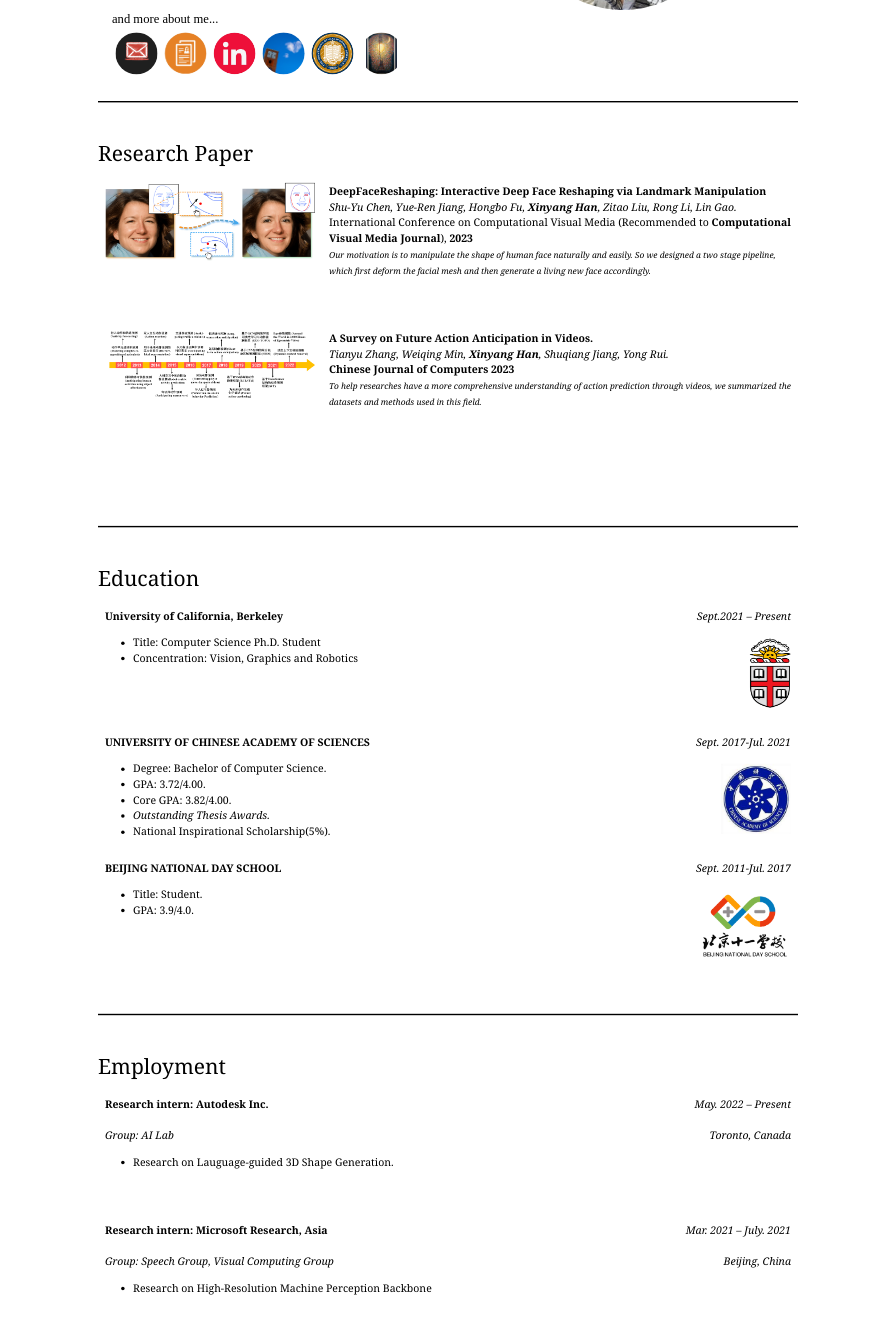
Repository: XinyangHan/XinyangHan.github.io
Page: index.html
The author's editor kept a copy of each file at every save. The page is drawn from the files as they stood at one save, then again after a run of saves.
The browser window is 1280 px wide. The pictures show the part of the page from y = 486 to 2406 px (the page is 3293 px tall), at 70% of full size.

Above is the page before, as saved 2023-02-11 14:21:07.
Console error (its wording comes from the project's code and is left out).

### index.html
<!DOCTYPE html>
<html>

<head>
	<meta charset="utf-8">
	<meta name="keywords" content="Rao FU, Rao FU, Rao Fu Homepage, Rao Fu Webpage, Rao Fu UCAS, Rao Fu Brown">
	<meta name="description" content="Rao FU's homepage">
	<meta name="viewport" content="width=device-width, initial-scale=1">
	<title>Rao FU | Homepage</title>
	<link href="style.css" rel="stylesheet" />
	<style>
	</style>



</head>

<body>
<!-------------------------------------------------- Header -------------------------------------------------->
<div id="header">
	<h1> Xinyang Han </h1>
	<h2>Computer Vision/Computer Graphics/Deep Learning</h2>
</div><!-- Header -->

<!-------------------------------------------------- Navbar -------------------------------------------------->
<div id="nav-wrapper">
<div id="nav">
			<button class="btn active" onclick="window.location.href = './index.html#content_home';">Home</button>
			<button class="btn" onclick="window.location.href = './index.html#content_project';">Research</button>
			<button class="btn" onclick="window.location.href = './index.html#content_exp';">Experience</button>
			<button class="btn" onclick="window.location.href = './resource/My_CV.pdf'; target='_blank'; ">CV</button>
			<button class="btn" onclick="window.location.href = './index.html#c_contact_biography';">Contact</button>
			<!-- <a href="./index.html#content_home" class="active">Home</a>  -->
			<!-- <a href="./index.html#content_project">Research</a> -->
			<!-- <a href="./index.html#content_exp">Experience</a> -->
			<!-- <a href="./resource/MY_CV.pdf">CV</a> -->
			<!-- <a href="./index.html#c_contact_biography">Contact</a> -->
</div> <!-- #nav -->
</div>

<!-------------------------------------------------- Script -------------------------------------------------->
<script>
	// Get the container element
	var btnContainer = document.getElementById("nav");

	// Get all buttons with class="btn" inside the container
	var btns = btnContainer.getElementsByClassName("btn");

	// Loop through the buttons and add the active class to the current/clicked button
	for (var i = 0; i < btns.length; i++) {
	btns[i].addEventListener("click", function() {
		var current = document.getElementsByClassName("active");
		current[0].className = current[0].className.replace(" active", "");
		this.className += " active";
	});
	}
</script>

<!-------------------------------------------------- Content Home-------------------------------------------------->
<div class="content"  id="content_home">

	<div class="c_home_wrapper">
		<div id="c_biography">
			<strong id="c_font1">Hello,</strong><br>
			<span class="c_font2">a bit about me:</span><br>
			<p class="c_font3">
				I am a concurrent student at UC Berkeley, and an undergraduate an UCAS, where I am happy to work with Prof. Lin Gao and Prof. Shuqiang Jiang.
			</p>
			<p class="c_font3">
				My research intereset lies in 3D Generation models and Logical thinking of artificial intelligence.
			</p>
			<p class="c_font3">
				I am passionate about digital art, reading, hiking and making friends.
			</p>
		</div>

		<div id="c_profile">
			<div class="c_thumbnail">
				<img src="img/round_profile.png" id="buttons" alt="profile_button" >
				<div class="overlay">
					<p>
						勿戳！<br>
						Don't poke my cheeks!<br>
						¡no me toques las mejillas! <br>
						मेरे गाल मत दबाओ! <br>
						আমার গালে খোঁচা দিও না! <br>
						não cutuque minhas bochechas! <br>
						не тыкай меня в щеки! <br>
						私の頬をつつかないで！ <br>
						ਮੇਰੀਆਂ ਗੱਲ੍ਹਾਂ ਨੂੰ ਨਾ ਮਾਰੋ! <br>
						唔好戳我嘅脸颊！<br>
						đừng chọc má tôi!<br>
						నా బుగ్గలు కుట్టకు!<br>
						yanaklarımı dürtme!<br>
						내 뺨을 찌르지 마! <br>
						ne touchez pas mes joues!<br>
						stoß mir nicht in die Wangen!<br>
						என் கன்னங்களை குத்தாதே!<br>
						میرے گالوں کو مت مارو!<br>
						ojo nyocot pipiku!<br>
						non toccarmi le guance!<br>
						لا تكز خدي!<br>
					</p>
				</div>
			</div>
		</div>

		<div id="c_info">
			<!-- <strong id="c_font4">And more</strong><br>
			<strong id="c_font4">about me</strong><br> -->
			<span class="c_font2_1"> and more about me... </span><br>
			<!-- CONTENT TODO -->
			<div class="thumbnail">
				<img src="img/email_icon.jpg" id="button0" alt="email_button" >
				<div class="overlay" onclick="window.location.href = 'hanxinyang20a@mails.ucas.ac.cn';" >
					<p>Email to<br>Say Hi</p>
				</div>
			</div> <!-- .thumbnail -->


			<div class="thumbnail">
				<img src="img/cv_icon.jpg" id="button1" alt="cv_button" >
				<div class="overlay"  onclick="window.location.href='./resource/Xinyang_Han_CV.pdf'; " >
					<p>CV/<br>Resume</p>
				</div>
			</div> <!-- .thumbnail -->

			<!-- <div class="thumbnail">
				<img src="img/gs_icon.png" id="button2" alt="google_button" >
				<div class="overlay" onclick="window.location.href = 'https://scholar.google.com/citations?hl=en&user=VWMWQEcAAAAJ';" >
					<p>Google<br>Scholar</p>
				</div>
			</div>  -->

			<div class="thumbnail">
				<img src="img/linkedin_icon.png" id="button3" alt="lkin_icon" >
				<div class="overlay" onclick="window.location.href = 'https://www.linkedin.com/in/xinyang-han-313bba265/;" >
					<p>LinkedIn<br>Profile</p>
				</div>
			</div> <!-- .thumbnail -->

			<div class="thumbnail">
				<img src="img/ucas_button.png" id="button4" alt="ucas_button" >
				<div class="overlay" onclick="window.location.href = 'https://en.wikipedia.org/wiki/University_of_the_Chinese_Academy_of_Sciences/';" >
					<p>B.E.@<br>UCAS</p>
				</div>
			</div> <!-- .thumbnail -->

			<div class="thumbnail">
				<img src="img/Seal_of_University_of_California,_Berkeley.svg.png" id="button5" alt="brown_button">
				<div class="overlay" onclick="window.location.href = 'https://www.berkeley.edu/';" >
					<p>Exchanging student.@<br>UCB
					</p>
				</div>
			</div> <!-- .thumbnail -->

			<!--<div class="thumbnail">
				<img src="img/cat_icon.jpg" id="button6" alt="cat_button">
				<div class="overlay" onclick="window.location.href = 'https://instagram.com/inocchi_mew?r=nametag';" >
					<p>My Cat<br>Inocchi
					</p>
				</div>
			</div>  .thumbnail -->

			<div class="thumbnail">
				<img src="img/art_icon.jpg" id="button6" alt="art_button">
				<div class="overlay" onclick="window.location.href = './index.html#content_home';" >
					<p>Arts<br>Todo...</p>
				</div>
			</div> <!-- .thumbnail -->

		</div>
	</div><!-- Home Wrapper-->

	<div class="clearfloat"></div>
</div><!-- Content Home-->

<!-------------------------------------------------- Content Project -------------------------------------------------->
<div class="content">

	<div class="c_public_wrapper" id="content_project">
		<div class="c_font1_1">Research Paper</div>

		<div class="c_public">
			<div class="disp_wrapper">
				<!-- <a href="./img/HRFormer.png" data-lightbox="project1" data-title="HRFormer2 Structure"> -->
					<img src="./img/DeepFaceReshaping.png" class="project_img" title="ShapeCrafter Structure">
				<!-- </a> -->
				<!-- <p class="small_font">click image for details</p> -->
			</div>
			<strong>DeepFaceReshaping: Interactive Deep Face Reshaping via Landmark Manipulation</strong>
			<br><em>Shu-Yu Chen, Yue-Ren Jiang, Hongbo Fu, <strong>Xinyang Han</strong>, Zitao Liu, Rong Li, Lin Gao. </em>
			<br>International Conference on Computational Visual Media (Recommended to <strong>Computational Visual Media Journal</strong>), <strong>2023</strong></em>
			<br><em class="small_font">Our motivation is to manipulate the shape of human face naturally and easily. So we designed a two stage pipeline, which first deform the facial mesh and then generate a living new face accordingly.</em>
			<!-- <br><a href="https://arxiv.org/abs/2207.09446" class="small_font">[paper]</a>
			<a href="https://ivl.brown.edu/projects/shapecrafter" class="small_font">[project]</a>	-->
		</div>

		<div class="c_public">
			<div class="disp_wrapper">
				<!-- <a href="./img/HRFormer.png" data-lightbox="project1" data-title="HRFormer2 Structure"> -->
					<img src="./img/ai_prediction.png" class="project_img" title="ShapeCrafter Structure">
				<!-- </a> -->
				<!-- <p class="small_font">click image for details</p> -->
			</div>
			<strong>A Survey on Future Action Anticipation in Videos.</strong>
			<br><em>Tianyu Zhang, Weiqing Min, <strong>Xinyang Han</strong>, Shuqiang Jiang, Yong Rui. </em>
			<br><strong>Chinese Journal of Computers 2023</strong></em>
			<br><em class="small_font">To help researches have a more comprehensive understanding of action prediction through videos, we summarized the datasets and methods used in this field.</em>
			<!-- <br><a href="https://arxiv.org/abs/2207.09446" class="small_font">[paper]</a>
			<a href="https://ivl.brown.edu/projects/shapecrafter" class="small_font">[project]</a>	-->
		</div>
	</div>
	<div class="clearfloat"></div>
</div><!-- Content Project-->

<!-------------------------------------------------- Content Experiment-------------------------------------------------->
<div class="content">

	<div class="c_education_wrapper" id="content_exp">
		<div class="c_font1_1">Education</div>

		<div class="c_education">
			<strong>University of California, Berkeley</strong>
			<em class="dates">Sept.2021 – Present</em>
			<div class="clearfloat"></div>
			<div class="logo_wrapper">
				<img class="schoollogo" src="./img/brown_logo.png" alt="BROWN Logo" />
			</div>
			<ul>
			<li>Title: Computer Science Ph.D. Student</li>
			<li>Concentration: Vision, Graphics and Robotics</li>
			</ul>
		</div>

		<div class="c_education">
			<strong>UNIVERSITY OF CHINESE ACADEMY OF SCIENCES</strong>
			<em class="dates">Sept. 2017-Jul. 2021</em>
			<div class="clearfloat"></div>
			<div class="logo_wrapper">
				<img class="schoollogo" src="./img/cas_logo.jpg" alt="CAS Logo" />
			</div>
			<ul>
			<li>Degree: Bachelor of Computer Science.</li>
			<li>GPA: 3.72/4.00.</li>
			<li>Core GPA: 3.82/4.00.</li>
			<li><em>Outstanding Thesis Awards.</em> </li>
			<li><em></em>National Inspirational Scholarship(5%).</em></li>
			</ul>
		</div>

		<!-- <div class="c_education">
			<strong>UNIVERSITY OF SOUTHERN CALIFORNIA</strong>
			<em class="dates">Jan. 2020-May. 2020</em>
			<div class="clearfloat"></div>
			<div class="logo_wrapper">
				<img class="schoollogo" src="./img/usc_logo.png" alt="USC Logo" />
			</div>
			<ul>
			<li>Title: Visiting Student.</li>
			<li>GPA: 4.00/4.00.</li>
			</ul>

		</div> -->

		<div class="c_education">
			<strong>BEIJING NATIONAL DAY SCHOOL</strong>
			<em class="dates">Sept. 2011-Jul. 2017</em>
			<div class="clearfloat"></div>
			<div class="logo_wrapper">
				<img class="schoollogo" src="./img/bnds_logo.png" alt="USC Logo" />
			</div>
			<ul>
			<li>Title: Student.</li>
			<li>GPA: 3.9/4.0.</li>
			</ul>

		</div>
	</div>

	<div class="c_intern_wrapper">
		<div class="c_font1_1">Employment</div>

		<div class="c_intern">
			<strong>Research intern: Autodesk Inc.</strong>
				<em class="dates">May. 2022 – Present</em>
			<br><br><em>Group: AI Lab</em><em class="dates">Toronto, Canada</em>
			<ul>
				<li>Research on Lauguage-guided 3D Shape Generation.</li>
			</ul>
		</div>

		<div class="c_intern">
			<strong>Research intern: Microsoft Research, Asia</strong>
				<em class="dates">Mar. 2021 – July. 2021</em>
			<br><br><em>Group: Speech Group, Visual Computing Group</em><em class="dates">Beijing, China</em>
			<ul>
				<li>Research on High-Resolution Machine Perception Backbone</li>
			</ul>
		</div>

		<div class="c_intern">
			<strong>Research intern: University of California, San Diego</strong>
				<em class="dates">May. 2020 – Nov. 2020</em>
			<br><br><em>Advisor: Prof. Hao Su.</em><em class="dates">San Diego, CA, USA</em>
			<ul>
				<li>Research on Robot Grasping with Two-Finger Grippers.</li>
				<li>Research on Humanoid Robot Grippers.</li>
			</ul>
		</div>

		<div class="c_intern">
				<strong>Research intern: Institute of Computing Technology, CAS.</strong>
					<em class="dates">Jul. 2019 – Nov. 2020</em>
				<br><br><em>Advisor: Prof. Lin Gao</em> <em class="dates">Beijing, China</em>
				<ul>
					<li>Research on Fine-grained 3D Shape Retrieval.</li>
					<li>Research on Talking Head Generation.</li>
				</ul>
		</div>
	</div>

	<div class="clearfloat"></div>

</div><!-- Content Experiment-->

<!-------------------------------------------------- Content Contact-------------------------------------------------->
<div class="content">
	<div class="c_contact_wrapper">
	<!-- 	<div id="c_contact_biography">
			<span class="c_font1_1">Contact me:</span><br>
			<p class="c_font3">
			Email: <a href="mailto:rao_fu@brown.edu">rao_fu@brown.edu</a>
			</p>
			<p class="c_font3">
			Mail: Brown University Box 1910, Providence, RI 02912
			</p>
		</div> -->

		<div id="c_contact_profile">
			<span class="c_font1_1">Buy me a Boba:</span><br>
			<p class="c_font3">
			If you like my homepage and think it's useful, welcome to buy me a Boba via Wechat or Paypal down here:
			</p>
			<div id="c_contact_thumbnail_1">
			</div>
			<div id="c_contact_thumbnail_2">
			</div>
		</div>

		<div class="clearfloat"></div>
	</div><!-- Content Contact Wrapper-->
</div><!-- Content Contact -->


<div class="clearfloat"></div>
<!-------------------------------------------------- Footer -------------------------------------------------->
<div id="footer">
	<!-- <div class="b_thumbnail">
		<img class="b_img" src="img/i3.png" alt="email">
	</div>
	<div class="b_font">
		<a href="mailto:rao_fu@brown.edu">rao_fu@brown.edu</a>
	</div>
	<div class="b_thumbnail">
		<img class="b_img" src="img/i4.png" alt="git">
	</div>
	<div class="b_font">
		<a href="https://github.com/freddierao">github.com/freddierao</a>
	</div>	 -->
	<div class="b_thumbnail">
		<img class="b_img" src="img/i2.png" alt="copyright">
	</div>
	<div class="b_font">
		&copy; 2022 by Rao FU
	</div>
	<div class="clearfloat"></div>
</div><!-- Footer -->
<script>
window.onscroll = function() {myFunction()};

var navbar = document.getElementById("nav-wrapper");
var sticky = navbar.offsetTop;

function myFunction() {
  if (window.pageYOffset >= sticky) {
    navbar.classList.add("sticky")
  } else {
    navbar.classList.remove("sticky");
  }
}
</script>
</body>
</html>

Loaded but not shown: style.css (556 lines, source omitted)

After the next 2 saves:
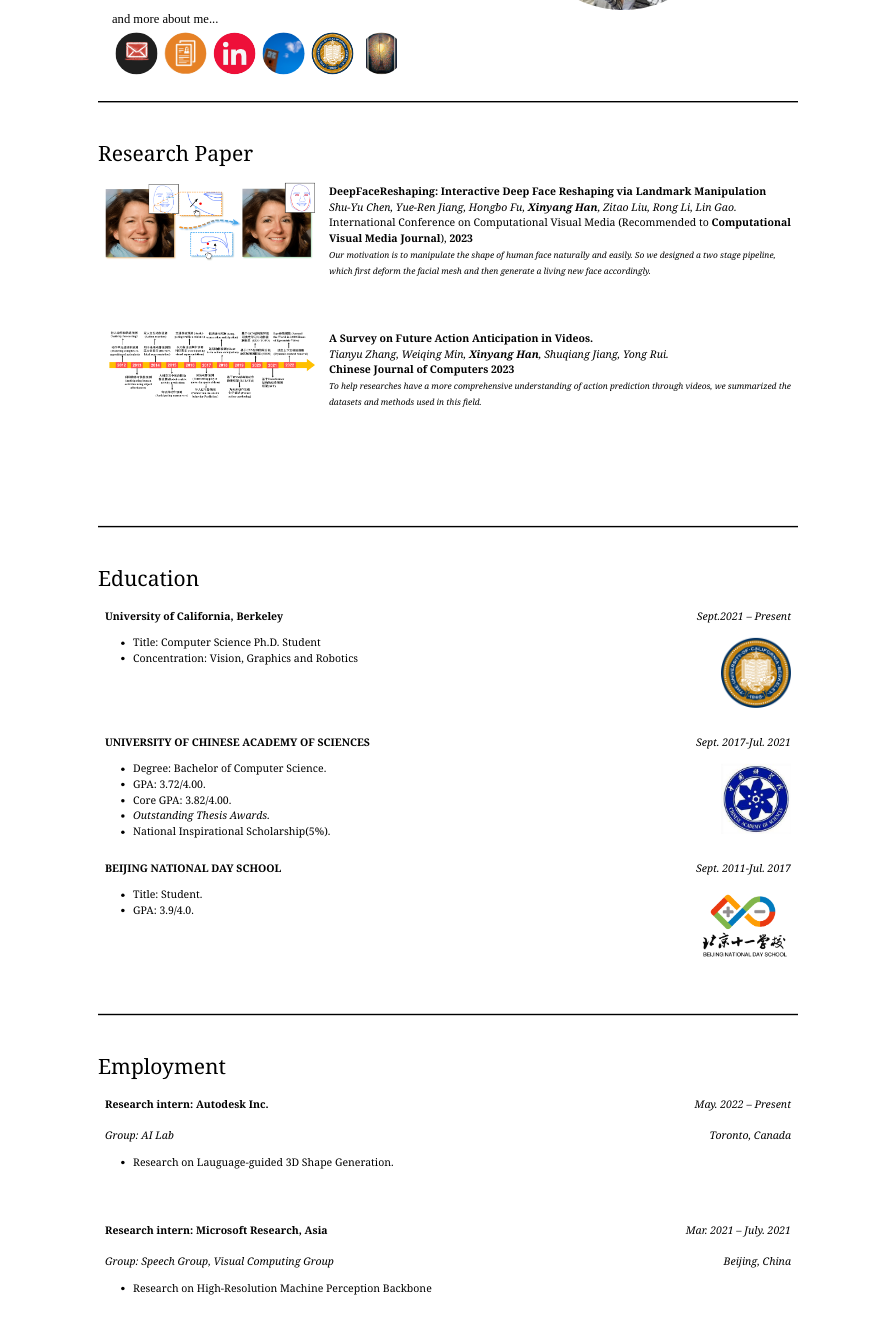
The 2 saves are shown as one change because they came seconds apart.
The last was saved 20 s later.
--- a/index.html
+++ b/index.html
@@ -225,7 +225,7 @@
 			<em class="dates">Sept.2021 – Present</em>
 			<div class="clearfloat"></div>
 			<div class="logo_wrapper">
-				<img class="schoollogo" src="./img/brown_logo.png" alt="BROWN Logo" />
+				<img class="schoollogo" src="./img/Seal_of_University_of_California,_Berkeley.svg.png" alt="BROWN Logo" />
 			</div>
 			<ul>
 			<li>Title: Computer Science Ph.D. Student</li>
